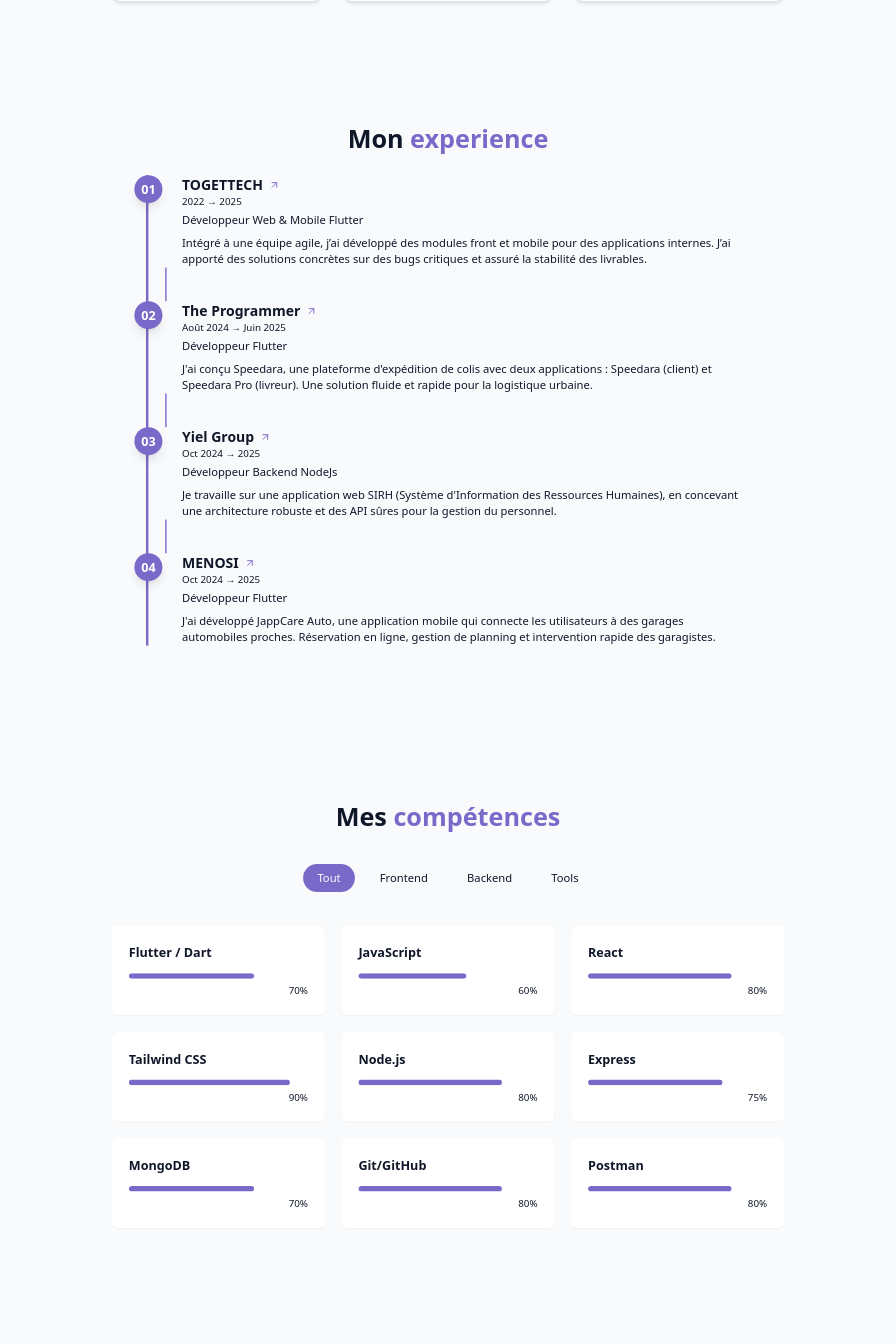
Repository: KOMI18/komi-folio
Page: /
These files come from the project's save history. The page is drawn as it stood at one moment and after the next save; the edit follows.
The browser window is 1280 px wide. The pictures show the part of the page from y = 2076 to 3996 px (the page is 5793 px tall before and 5953 px after), at 70% of full size.
The project was rebuilt for these pictures with package versions that can differ from the ones it lists, and the page was loaded fresh each time. Also part of the build but not shown: vite.config.js, src/pages/NotFound.jsx.

Above is the page before, as saved 2025-06-27 21:09:19.

### index.html
<!doctype html>
<html lang="en">
  <head>
    <meta charset="UTF-8" />
    <link rel="icon" type="image/svg+xml" href="" />
    <meta name="viewport" content="width=device-width, initial-scale=1.0" />
    <title>Parfait Kom</title>
  </head>
  <body>
    <div id="root"></div>
    <script type="module" src="/src/main.jsx"></script>
  </body>
</html>

### src/pages/Home.jsx
import { Navbar } from "../components/Navbar";
import { ThemeToggle } from "../components/ThemeToggle";
import { StarBackground } from "@/components/StarBackground";
import { HeroSection } from "../components/HeroSection";
import { AboutSection } from "../components/AboutSection";
import { SkillsSection } from "../components/SkillsSection";
import { ProjectsSection } from "../components/ProjectsSection";
import { ContactSection } from "../components/ContactSection";
import { Footer } from "../components/Footer";
import {ExperienceSection} from "../components/ExperianceSection"
import { ExpertiseSection } from "../components/ExpertiseSection";
export const Home = () => {
  return (
    <div className="min-h-screen bg-background text-foreground overflow-x-hidden">
      {/* Theme Toggle */}
      <ThemeToggle />
      {/* Background Effects */}
      <StarBackground />

      {/* Navbar */}
      <Navbar />
      {/* Main Content */}
      <main>
        <HeroSection />
        <AboutSection />
        <ExpertiseSection/>
        <ExperienceSection/>
        <SkillsSection />
        <ProjectsSection />
        <ContactSection />
      </main>

      {/* Footer */}
      <Footer />
    </div>
  );
};

### src/components/ui/toaster.jsx
import { useToast } from "@/hooks/use-toast";
import {
  Toast,
  ToastClose,
  ToastDescription,
  ToastProvider,
  ToastTitle,
  ToastViewport,
} from "@/components/ui/toast";

export function Toaster() {
  const { toasts } = useToast();

  return (
    <ToastProvider>
      {toasts.map(function ({ id, title, description, action, ...props }) {
        return (
          <Toast key={id} {...props}>
            <div className="grid gap-1">
              {title && <ToastTitle>{title}</ToastTitle>}
              {description && (
                <ToastDescription>{description}</ToastDescription>
              )}
            </div>
            {action}
            <ToastClose />
          </Toast>
        );
      })}
      <ToastViewport />
    </ToastProvider>
  );
}

### src/components/ThemeToggle.jsx
import { Moon, Sun } from "lucide-react";
import { useEffect, useState } from "react";
import { cn } from "@/lib/utils";

export const ThemeToggle = () => {
  const [isDarkMode, setIsDarkMode] = useState(false);

  useEffect(() => {
    const storedTheme = localStorage.getItem("theme");
    if (storedTheme === "dark") {
      setIsDarkMode(true);
      document.documentElement.classList.add("dark");
    } else {
      localStorage.setItem("theme", "light");
      setIsDarkMode(false);
    }
  }, []);

  const toggleTheme = () => {
    if (isDarkMode) {
      document.documentElement.classList.remove("dark");
      localStorage.setItem("theme", "light");
      setIsDarkMode(false);
    } else {
      document.documentElement.classList.add("dark");
      localStorage.setItem("theme", "dark");
      setIsDarkMode(true);
    }
  };

  return (
    <button
      onClick={toggleTheme}
      className={cn(
        "fixed max-sm:hidden top-5 right-5 z-50 p-2 rounded-full transition-colors duration-300",
        "focus:outlin-hidden"
      )}
    >
      {isDarkMode ? (
        <Sun className="h-6 w-6 text-yellow-300" />
      ) : (
        <Moon className="h-6 w-6 text-blue-900" />
      )}
    </button>
  );
};

### src/components/StarBackground.jsx
import { useEffect, useState } from "react";

// id, size, x, y, opacity, animationDuration
// id, size, x, y, delay, animationDuration

export const StarBackground = () => {
  const [stars, setStars] = useState([]);
  const [meteors, setMeteors] = useState([]);

  useEffect(() => {
    generateStars();
    generateMeteors();

    const handleResize = () => {
      generateStars();
    };

    window.addEventListener("resize", handleResize);

    return () => window.removeEventListener("resize", handleResize);
  }, []);

  const generateStars = () => {
    const numberOfStars = Math.floor(
      (window.innerWidth * window.innerHeight) / 10000
    );

    const newStars = [];

    for (let i = 0; i < numberOfStars; i++) {
      newStars.push({
        id: i,
        size: Math.random() * 3 + 1,
        x: Math.random() * 100,
        y: Math.random() * 100,
        opacity: Math.random() * 0.5 + 0.5,
        animationDuration: Math.random() * 4 + 2,
      });
    }

    setStars(newStars);
  };

  const generateMeteors = () => {
    const numberOfMeteors = 4;
    const newMeteors = [];

    for (let i = 0; i < numberOfMeteors; i++) {
      newMeteors.push({
        id: i,
        size: Math.random() * 2 + 1,
        x: Math.random() * 100,
        y: Math.random() * 20,
        delay: Math.random() * 15,
        animationDuration: Math.random() * 3 + 3,
      });
    }

    setMeteors(newMeteors);
  };

  return (
    <div className="fixed inset-0 overflow-hidden pointer-events-none z-0">
      {stars.map((star) => (
        <div
          key={star.id}
          className="star animate-pulse-subtle"
          style={{
            width: star.size + "px",
            height: star.size + "px",
            left: star.x + "%",
            top: star.y + "%",
            opacity: star.opacity,
            animationDuration: star.animationDuration + "s",
          }}
        />
      ))}

      {meteors.map((meteor) => (
        <div
          key={meteor.id}
          className="meteor animate-meteor"
          style={{
            width: meteor.size * 50 + "px",
            height: meteor.size * 2 + "px",
            left: meteor.x + "%",
            top: meteor.y + "%",
            animationDelay: meteor.delay,
            animationDuration: meteor.animationDuration + "s",
          }}
        />
      ))}
    </div>
  );
};

### src/components/HeroSection.jsx
import { ArrowDown } from "lucide-react";

export const HeroSection = () => {
  return (
    <section
      id="hero"
      className="relative min-h-screen flex flex-col items-center justify-center px-4"
    >
      <div className="container max-w-4xl mx-auto text-center z-10">
        <div className="space-y-6">
          <h1 className="text-4xl md:text-6xl font-bold tracking-tight">
            <span className="opacity-0 animate-fade-in">Salut, je suis</span>
            <span className="text-primary opacity-0 animate-fade-in-delay-1">
              {" "}
              Parfait
            </span>
            <span className="text-gradient ml-2 opacity-0 animate-fade-in-delay-2">
              {" "}
              Kom
            </span>
          </h1>

          <p className="text-lg md:text-xl text-muted-foreground max-2-2xl mx-auto opacity-0 animate-fade-in-delay-3">
          Je transforme vos idées en applications  puissantes, prêtes à faire décoller votre business.
          PME, startups ou entrepreneurs : si vous cherchez quelqu’un qui livre vite et bien, vous êtes au bon endroit
          </p>

          <div className="pt-4 opacity-0 animate-fade-in-delay-4">
            <a href="#projects" className="cosmic-button">
             Voir mon travail
            </a>
          </div>
        </div>
      </div>

      <div className="absolute bottom-8 left-1/2 transform -translate-x-1/2 flex flex-col items-center animate-bounce">
        <span className="text-sm text-muted-foreground mb-2"> Scroll </span>
        <ArrowDown className="h-5 w-5 text-primary" />
      </div>
    </section>
  );
};

### src/components/AboutSection.jsx

import { ArrowRight , Image} from "lucide-react";

export const AboutSection = () => {
  return (
    <section id="about" className="py-24 px-4 bg-background">
       <h2 className="text-3xl md:text-4xl font-bold mb-4 py-4 text-center">
          {" "}
          A <span className="text-primary">Propos</span>
        </h2>
      <div className="container mx-auto max-w-5xl grid grid-cols-1 md:grid-cols-2  gap-12 items-center">
        {/* Image */}
        <div className="order-first md:order-last flex justify-center md:justify-start">
          <div className="w-40 h-40 sm:w-80 sm:h-80 md:w-[500px] md:h-[500px] lg:w-[600px] lg:h-[600px] relative transform rotate-3 rounded-xl overflow-hidden border-4 border-primary shadow-lg transition-transform duration-500 hover:scale-105">
            <img
              src="/projects/parfaitkom.jpeg"
              alt="Parfait Kom"
              className="w-full h-full object-cover"
              width={500}
              height={500}
            />
          </div>
        </div>
        {/* Content */}
        <div className="space-y-6">
          <h2 className="text-3xl md:text-4xl font-bold text-left  md:text-left">
            Je transforme les idées en solutions qui bossent 24h/24 pour vous.
          </h2>

          <p className="text-muted-foreground text-left md:text-left">
            Je suis Parfait Kom, développeur mobile & web indépendant. Je construis des applications solides et utiles pour les PME et entrepreneurs du monde entier. Mon objectif ? Livrer des solutions concrètes, efficaces, sans blabla inutile. Du code propre, des résultats mesurables, et un vrai sens du travail bien fait.
          </p>

          <p className="text-muted-foreground text-left md:text-left">
            Mon approche est simple : comprendre rapidement vos enjeux, proposer des idées concrètes, et livrer des résultats de qualité. Pas de jargon. Pas de perte de temps. Juste du travail bien fait, avec méthode, passion et efficacité.
          </p>

          <div className="flex flex-col sm:flex-row gap-4 pt-2">
            <a href="#contact" className="cosmic-button">
              Entrer en contact
            </a>

            <a
              href="/docs/Parfait_Kom_CV.pdf"
              download
              className="px-6 py-2 rounded-full border border-primary text-primary hover:bg-primary/10 transition-colors duration-300 flex items-center gap-2"
            >
              Télécharger mon CV <ArrowRight className="w-4 h-4" />
            </a>
          </div>
        </div>
      </div>
    </section>
  );
};

export default AboutSection;

### src/components/SkillsSection.jsx
import { useState } from "react";
import { cn } from "@/lib/utils";

const skills = [
  // Frontend
  { name: "Flutter / Dart", level: 70, category: "frontend" },
  { name: "JavaScript", level: 60, category: "frontend" },
  { name: "React", level: 80, category: "frontend" },
  { name: "Tailwind CSS", level: 90, category: "frontend" },


  // Backend
  { name: "Node.js", level: 80, category: "backend" },
  { name: "Express", level: 75, category: "backend" },
  { name: "MongoDB", level: 70, category: "backend" },

  // Tools
  { name: "Git/GitHub", level: 80, category: "tools" },
  { name: "Postman", level: 80, category: "tools" },
];

const categories = ["Tout", "frontend", "backend", "tools"];

export const SkillsSection = () => {
  const [activeCategory, setActiveCategory] = useState("Tout");

  const filteredSkills = skills.filter(
    (skill) => activeCategory === "Tout" || skill.category === activeCategory
  );
  return (
    <section id="skills" className="py-24 px-4 relative bg-secondary/30">
      <div className="container mx-auto max-w-5xl">
        <h2 className="text-3xl md:text-4xl font-bold mb-12 text-center">
        Mes  <span className="text-primary"> compétences</span>
        </h2>

        <div className="flex flex-wrap justify-center gap-4 mb-12">
          {categories.map((category, key) => (
            <button
              key={key}
              onClick={() => setActiveCategory(category)}
              className={cn(
                "px-5 py-2 rounded-full transition-colors duration-300 capitalize",
                activeCategory === category
                  ? "bg-primary text-primary-foreground"
                  : "bg-secondary/70 text-forefround hover:bd-secondary"
              )}
            >
              {category}
            </button>
          ))}
        </div>

        <div className="grid grid-cols-1 sm:grid-cols-2 lg:grid-cols-3 gap-6">
          {filteredSkills.map((skill, key) => (
            <div
              key={key}
              className="bg-card p-6 rounded-lg shadow-xs card-hover"
            >
              <div className="text-left mb-4">
                <h3 className="font-semibold text-lg"> {skill.name}</h3>
              </div>
              <div className="w-full bg-secondary/50 h-2 rounded-full overflow-hidden">
                <div
                  className="bg-primary h-2 rounded-full origin-left animate-[grow_1.5s_ease-out]"
                  style={{ width: skill.level + "%" }}
                />
              </div>

              <div className="text-right mt-1">
                <span className="text-sm text-muted-foreground">
                  {skill.level}%
                </span>
              </div>
            </div>
          ))}
        </div>
      </div>
    </section>
  );
};

### src/components/Footer.jsx
import { ArrowUp } from "lucide-react";

export const Footer = () => {
  return (
    <footer className="py-12 px-4 bg-card relative border-t border-border mt-12 pt-8 flex flex-wrap justify-between items-center">
      {" "}
      <p className="text-sm text-muted-foreground">
        {" "}
        &copy; {new Date().getFullYear()} Parfait Kom . All rights reserved.
      </p>
      <a
        href="#hero"
        className="p-2 rounded-full bg-primary/10 hover:bg-primary/20 text-primary transition-colors"
      >
        <ArrowUp size={20} />
      </a>
    </footer>
  );
};

### src/components/ExperianceSection.jsx
import { ArrowUpRight } from "lucide-react";
export const ExperienceSection = () => {
    const experiences = [
      {
        id: "01",
        company: "TOGETTECH",
        period: "2022 → 2025",
        role: "Développeur Web & Mobile Flutter",
        link: "https://www.linkedin.com/company/togettech-inc/posts/?feedView=all",
        description:
          "Intégré à une équipe agile, j’ai développé des modules front et mobile pour des applications internes. J’ai apporté des solutions concrètes sur des bugs critiques et assuré la stabilité des livrables."
      },
      {
        id: "02",
        company: "The Programmer",
        period: "Août 2024 → Juin 2025",
        role: "Développeur Flutter",
        link: "https://theprogrammeragency.com/fr",
        description:
          "J'ai conçu  Speedara, une plateforme d'expédition de colis avec deux applications : Speedara (client) et Speedara Pro (livreur). Une solution fluide et rapide pour la logistique urbaine."
      },
      {
        id: "03",
        company: "Yiel Group",
        period: "Oct 2024 → 2025",
        role: "Développeur Backend NodeJs",
        link: "https://www.linkedin.com/in/yiel-group-915729351/",
        description:
          "Je travaille sur une application web SIRH (Système d'Information des Ressources Humaines), en concevant une architecture robuste et des API sûres pour la gestion du personnel."
      },
      {
        id: "04",
        company: "MENOSI",
        period: "Oct 2024 → 2025",
        role: "Développeur Flutter",
        link: "https://menosi.net/",
        description:
          "J'ai développé JappCare Auto, une application mobile qui connecte les utilisateurs à des garages automobiles proches. Réservation en ligne, gestion de planning et intervention rapide des garagistes."
      }
    ];

    return (
        <section id="experience" className="py-20 bg-background">
        <div className="container max-w-4xl mx-auto px-4">
        <h2 className="text-3xl md:text-4xl font-bold mb-4 py-4 text-center">
          {" "}
          Mon <span className="text-primary">experience</span>
        </h2>
          <div className="relative border-l-4 border-primary pl-6">
            {experiences.map((exp, index) => (
              <div key={exp.id} className="mb-12 relative">
                <div className=" experience-item absolute -left-11 top-0 w-10 h-10 rounded-full bg-primary flex items-center justify-center text-white font-bold text-lg shadow-lg">
                  {exp.id}
                </div>
                <div className="ml-6 text-left">
                <h3 className="text-xl font-semibold flex items-center gap-2">
                  <span>{exp.company}</span>
                  {exp.link && (
                    <a
                      href={exp.link}
                      target="_blank"
                      rel="noopener noreferrer"
                      className="text-primary hover:underline"
                    >
                      <ArrowUpRight className="w-4 h-4" />
                    </a>
                  )}
                </h3>
                  <p className="text-muted-foreground text-sm mb-1">{exp.period}</p>
                  <p className="text-base font-medium">{exp.role}</p>
                  <p className="text-muted-foreground mt-2">{exp.description}</p>
                </div>
                {index !== experiences.length - 1 && (
                  <div className="absolute left-0 top-full h-12 w-0.5 bg-primary"></div>
                )}
              </div>
            ))}
          </div>
        </div>
      </section>
    );
  };

  export default ExperienceSection;

Loaded but not shown: src/main.jsx (common file); src/App.jsx (common file); src/lib/utils.js (common file); src/hooks/use-toast.js (144 lines, source omitted); src/components/ContactSection.jsx (186 lines, source omitted); src/components/ui/toast.jsx (102 lines, source omitted); src/components/ProjectsSection.jsx (112 lines, source omitted); src/index.css (176 lines, source omitted); src/components/ExpertiseSection.jsx (90 lines, source omitted); src/components/Navbar.jsx (94 lines, source omitted)

After the next save:
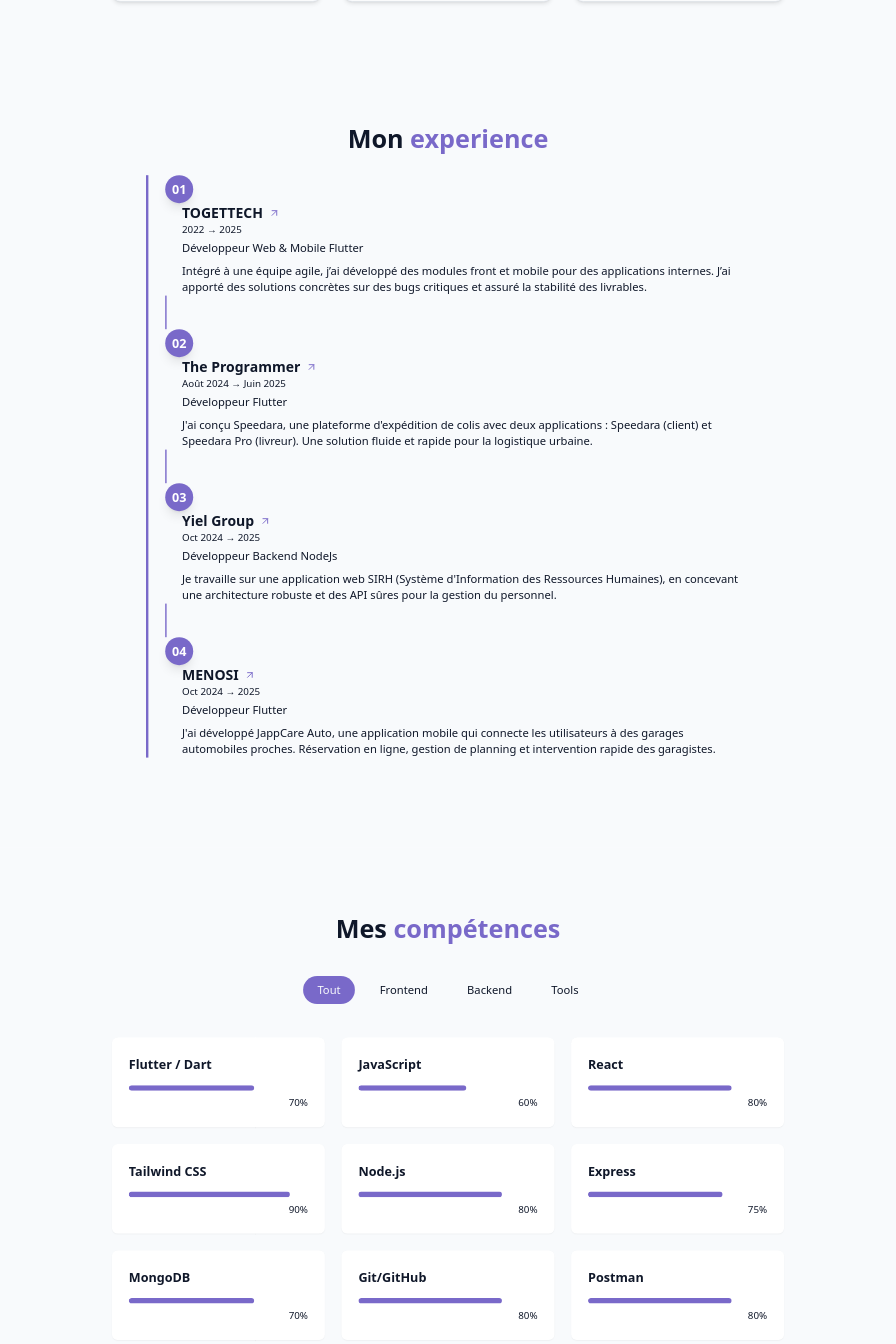
Saved 12 s later.
--- a/src/components/ExperianceSection.jsx
+++ b/src/components/ExperianceSection.jsx
@@ -49,7 +49,7 @@
           <div className="relative border-l-4 border-primary pl-6">
             {experiences.map((exp, index) => (
               <div key={exp.id} className="mb-12 relative">
-                <div className=" experience-item absolute -left-11 top-0 w-10 h-10 rounded-full bg-primary flex items-center justify-center text-white font-bold text-lg shadow-lg">
+                <div className=" experience-item absolute-left-11 top-0 w-10 h-10 rounded-full bg-primary flex items-center justify-center text-white font-bold text-lg shadow-lg">
                   {exp.id}
                 </div>
                 <div className="ml-6 text-left">

After the 2 saves that followed:
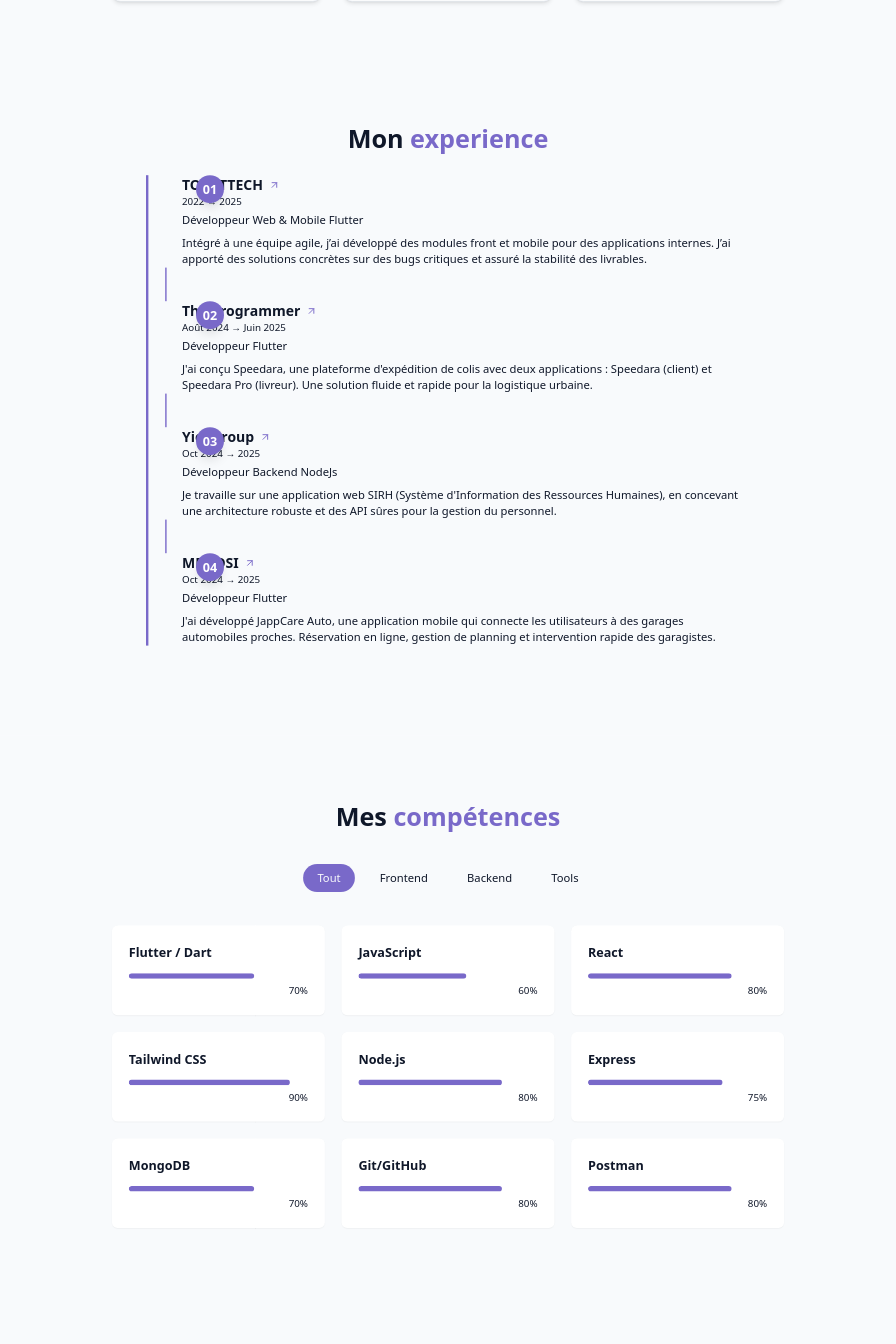
The 2 saves are shown as one change because they came seconds apart.
The last was saved 13 s later.
--- a/src/components/ExperianceSection.jsx
+++ b/src/components/ExperianceSection.jsx
@@ -49,7 +49,7 @@
           <div className="relative border-l-4 border-primary pl-6">
             {experiences.map((exp, index) => (
               <div key={exp.id} className="mb-12 relative">
-                <div className=" experience-item absolute-left-11 top-0 w-10 h-10 rounded-full bg-primary flex items-center justify-center text-white font-bold text-lg shadow-lg">
+                <div className=" experience-item absolute left-11 top-0 w-10 h-10 rounded-full bg-primary flex items-center justify-center text-white font-bold text-lg shadow-lg">
                   {exp.id}
                 </div>
                 <div className="ml-6 text-left">
